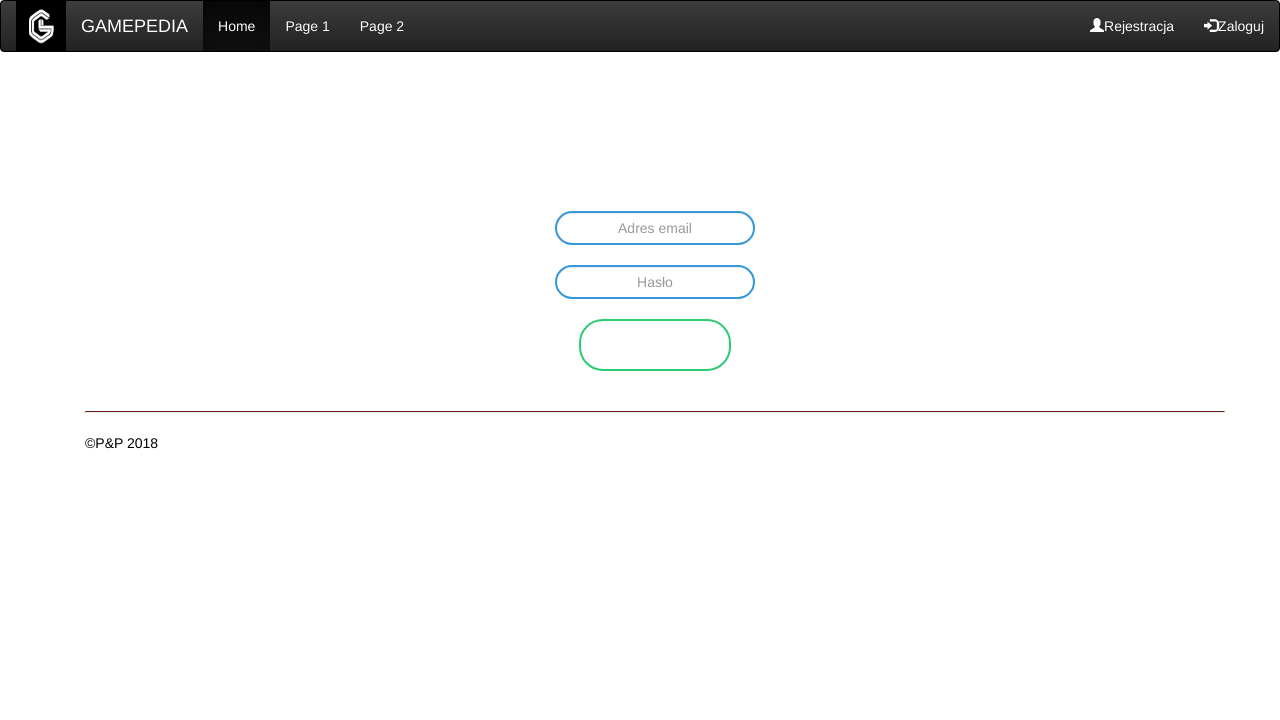
Repository: DaveDavMat/website
Page: http://localhost/logform.php
These files come from the project's save history. The page is drawn as it stood at one moment and after the next save; the edit follows.
The browser window is 1280 px wide. The pictures show the whole page.
Some web libraries are served in a nearby version. The page is run by PHP 8.4 with error messages shown; the project is at /var/www/html/.

Above is the page before, as saved 2018-11-27 18:54:59.
Not found: img/bck.gif

After the next save:
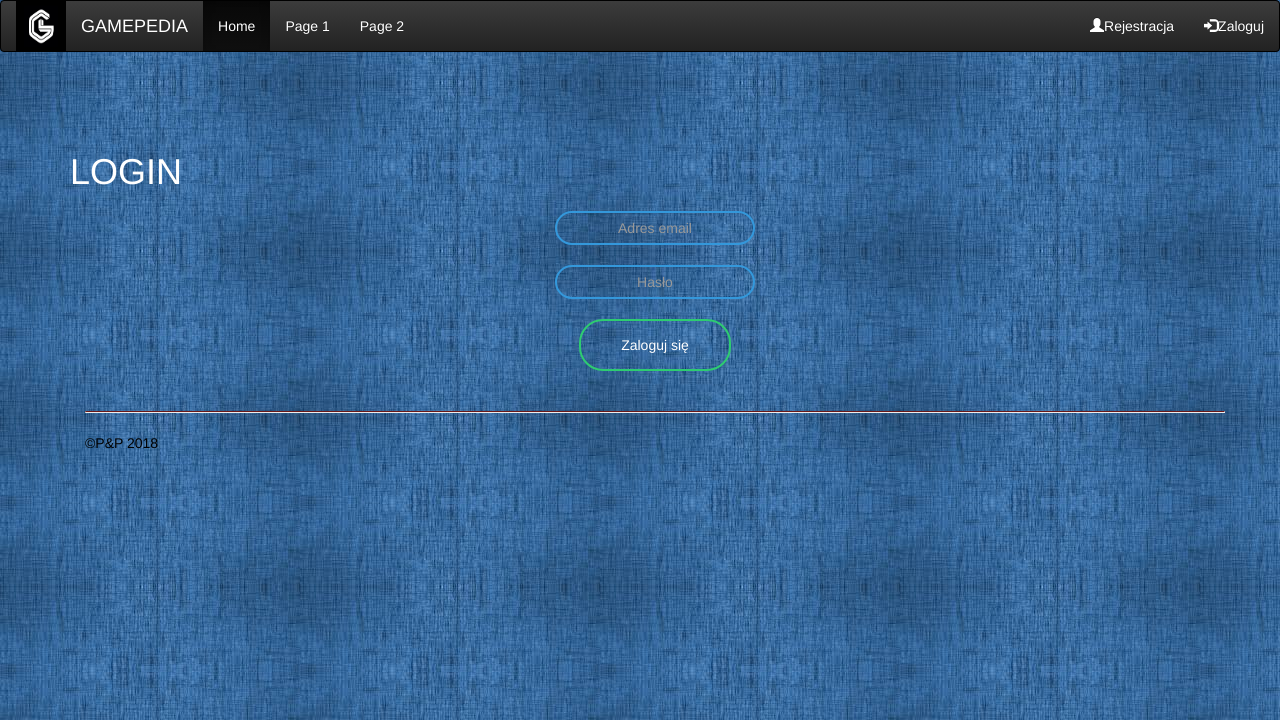
Saved 19 s later.
--- a/nav.php
+++ b/nav.php
@@ -14,7 +14,7 @@
 
         <style>
             body {
-                background-image: url("img/bck.gif");
+                background-image: url("img/bck.jpg");
                 padding-bottom: 20px;
             }
         </style>
